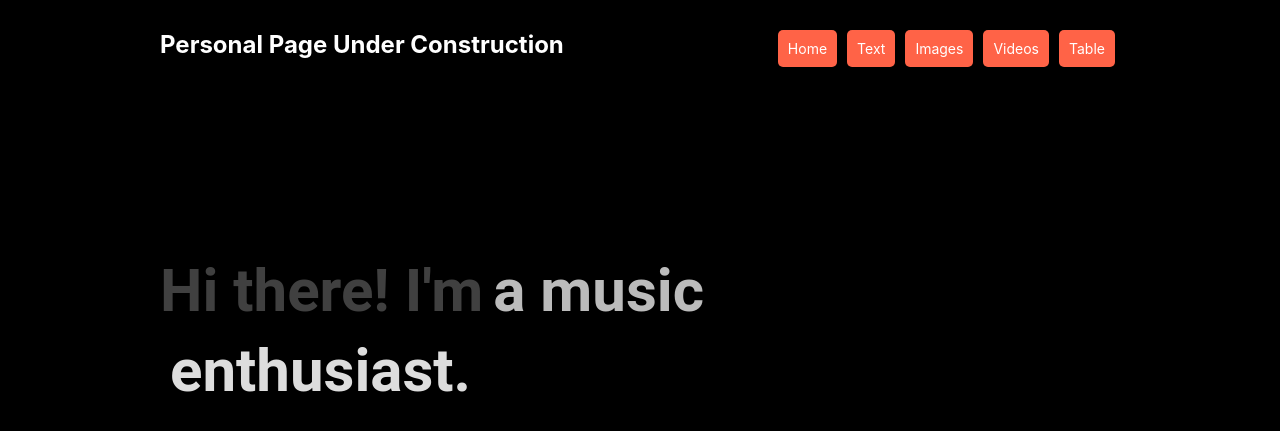
Repository: luhan68/personal_website
Page: index.html
These files come from the project's save history. The page is drawn as it stood at one moment and after the next save; the edit follows.
The browser window is 1280 px wide. The pictures show the whole page.

Above is the page before, as saved 2021-01-30 12:31:52.

### index.html
<div class="container">
    <link href='style.css' rel='stylesheet' type='text/css'>
    <div class="nav">
        <div class="nav-bar">
            <ul>
                <li><a href="index.html">Home</a></li>
                <li><a href="text.html">Text</a></li>
                <li><a href="image.html">Images</a></li>
                <li><a href="video.html">Videos</a></li>
                <li><a href="table.html">Table</a></li>
            </ul>

        </div>
    </div>

    <h2 class="title">Personal Page Under Construction</h2>

<!-- Here for the design idea, I referred to Paul's cool animation design on codepen and fixed a few display width bugs: https://codepen.io/paulvddool/pen/yYeeVE -->

    <div id="container">
        <div id="text">
            <h1 class="gray">Hi there! I'm</h1>
        </div>
        <div id="first">
            <ul>
                <li><h1 class="silver">Lu.</h1></li>
                <li><h1 class="lightgray">a music</h1></li>
                <li><h1 class="lightgray">a user -</h1></li>
            </ul>
        </div>
        <div id="second">
            <ul>
                <li><h1 class="lightergray">enthusiast.</h1></li>
                <li><h1 class="lightergray">composer.</h1></li>
                <li><h1 class="lightergray">panist.</h1></li>
                <li><h1 class="lightergray">DJ.</h1></li>
                <li><h1 class="lightergray">story lover.</h1></li>
                <li><h1 class="lightergray">designer.</h1></li>
            </ul>
        </div>
    </div>

</div>



<div id="fb-root"></div>
<script async defer crossorigin="anonymous" src="https://connect.facebook.net/en_US/sdk.js#xfbml=1&version=v6.0&appId=2126666884255373&autoLogAppEvents=1"></script>

### style.css
* {
    margin: 0;
    padding: 0;
}

body  {
    background-color: black;
    color: white;
    font-family: -apple-system, BlinkMacSystemFont, 'Segoe UI', Roboto, Oxygen, Ubuntu, Cantarell, 'Open Sans', 'Helvetica Neue', sans-serif;
}

.container {
    width: 75vw;
    margin: 0 auto;
    margin-top: 10px;

}

.nav {
    width: 100%;
}

.logo {
    float: left;
    width: 120px;
  margin: 0;
  padding: 0;
}

.nav-bar {
    float: right;
}

.nav-bar ul li {
    float: left;
    list-style-type: none;
    padding: 10px;
    margin: 0 5px;
    background-color: tomato;
    font-size: 14px;
    border-radius: 5px;

    transition: all 0.5s ease-out;
}

.nav-bar ul li:hover {
    background-color: wheat;
}

a {
    color: white;
    text-decoration: none;
}


.title {
text-align: left;
margin: 30px 0;
}

.myVideo {
text-align: center;
}

.myVideo iframe {
margin: 20px 20px;
}

.fb-like {
margin-bottom: 30px;
}

.footer {
width: 100%;
background-color: #333;
text-align: center;
padding: 20px 0;
margin-top: 50px;
}


input[type=text], select, textarea {
    width: 100%; /* Full width */
    padding: 12px; /* Some padding */
    border: 1px solid #ccc; /* Gray border */
    border-radius: 4px; /* Rounded borders */
    box-sizing: border-box; /* Make sure that padding and width stays in place */
    margin-top: 6px; /* Add a top margin */
    margin-bottom: 16px; /* Bottom margin */
    resize: vertical /* Allow the user to vertically resize the textarea (not horizontally) */
  }

  input[type=submit] {
    background-color: #a73012;
    color: white;
    padding: 12px 20px;
    border: none;
    border-radius: 4px;
    cursor: pointer;
  }

  input[type=submit]:hover {
    background-color: #d10c0c;
  }


  .myGallery {
    display: grid;
    grid-gap: 20px;
    grid-template-columns: repeat(auto-fit, minmax(175px, 1fr));
  }

  .myGallery img {
    width: 100%;
  }


table {
    font-family: Arial, Helvetica, sans-serif;
    border-collapse: collapse;
    width: 100%;
  }

table td, table th {
    border: 1px solid rgb(34, 33, 33);
    padding: 8px;
  }

table tr:nth-child(even){background-color: #110f0f;}

table tr:hover {background-color: rgb(46, 43, 43);}

table th {
    padding-top: 12px;
    padding-bottom: 12px;
    text-align: left;
    background-color: #350901;
    color: white;
  }


  p,
label {
    font: 1rem 'Fira Sans', sans-serif;
}

input {
    margin: .4rem;
}


/* I refer to Paul's cool animation design on codepen and fix a few display width bugs: https://codepen.io/paulvddool/pen/yYeeVE */

#container {
	display: block;
	margin: 20% auto;
	height: 80px;
	width: auto;
}
@media screen and (max-width: 1080px) {
	#container {
		box-sizing: border-box;
		-moz-box-sizing: border-box;
		padding: 0px;
		width: 100%;
	}
}
@keyframes animateOnce {
	0% { transform: translateY(80px); -webkit-transform: translateY(80px); -moz-transform: translateY(80px); }
	100% { transform: translateY(0px); -webkit-transform: translateY(0px); -moz-transform: translateY(0px); }
}
@-webkit-keyframes animateOnce {
	0% { transform: translateY(80px); -webkit-transform: translateY(80px); -moz-transform: translateY(80px); }
	100% { transform: translateY(0px); -webkit-transform: translateY(0px); -moz-transform: translateY(0px); }
}
#text {
	width: auto;
	height: 80px;
	float: left;
	overflow: hidden;
}
#text h1 {
	animation: animateOnce 0.2s;
	-webkit-animation: animateOnce 0.2s;
}
@keyframes animateFirst {
	0% { transform: translateY(80px); -webkit-transform: translateY(80px); -moz-transform:translateY(80px); }
	1% { transform: translateY(0px); -webkit-transform: translateY(0px); -moz-transform:translateY(0px); }
	14% { transform: translateY(0px); -webkit-transform: translateY(0px); -moz-transform:translateY(0px); }
	15% { transform: translateY(-80px); -webkit-transform: translateY(-80px); -moz-transform:translateY(-80px); }
	70% { transform: translateY(-80px); -webkit-transform: translateY(-80px); -moz-transform:translateY(-80px); }
	71% { transform: translateY(-160px); -webkit-transform: translateY(-160px); -moz-transform:translateY(-160px); }
	99% { transform: translateY(-160px); -webkit-transform: translateY(-160px); -moz-transform:translateY(-160px); }
	100% { transform: translateY(-240px); -webkit-transform: translateY(-240px); -moz-transform:translateY(-240px); }
}
@-webkit-keyframes animateFirst {
	0% { transform: translateY(80px); -webkit-transform: translateY(80px); -moz-transform:translateY(80px); }
	1% { transform: translateY(0px); -webkit-transform: translateY(0px); -moz-transform:translateY(0px); }
	14% { transform: translateY(0px); -webkit-transform: translateY(0px); -moz-transform:translateY(0px); }
	15% { transform: translateY(-80px); -webkit-transform: translateY(-80px); -moz-transform:translateY(-80px); }
	70% { transform: translateY(-80px); -webkit-transform: translateY(-80px); -moz-transform:translateY(-80px); }
	71% { transform: translateY(-160px); -webkit-transform: translateY(-160px); -moz-transform:translateY(-160px); }
	99% { transform: translateY(-160px); -webkit-transform: translateY(-160px); -moz-transform:translateY(-160px); }
	100% { transform: translateY(-240px); -webkit-transform: translateY(-240px); -moz-transform:translateY(-240px); }
}
@keyframes animateSecond {
	0% { transform: translateY(80px); -webkit-transform: translateY(80px); -moz-transform: translateY(80px); }
	14% { transform: translateY(80px); -webkit-transform: translateY(80px); -moz-transform: translateY(80px); }
	15% { transform: translateY(0px); -webkit-transform: translateY(0px); -moz-transform: translateY(0px); }
	29% { transform: translateY(0px); -webkit-transform: translateY(0px); -moz-transform: translateY(0px); }
	30% { transform: translateY(-80px); -webkit-transform: translateY(-80px); -moz-transform: translateY(-80px); }
	44% { transform: translateY(-80px); -webkit-transform: translateY(-80px); -moz-transform: translateY(-80px); }
	45% { transform: translateY(-160px); -webkit-transform: translateY(-160px); -moz-transform: translateY(-160px); }
	59% { transform: translateY(-160px); -webkit-transform: translateY(-160px); -moz-transform: translateY(-160px); }
	60% { transform: translateY(-240px); -webkit-transform: translateY(-240px); -moz-transform: translateY(-240px); }
	70% { transform: translateY(-240px); -webkit-transform: translateY(-240px); -moz-transform: translateY(-240px); }
	71% { transform: translateY(-320px); -webkit-transform: translateY(-320px); -moz-transform: translateY(-320px); }
	85% { transform: translateY(-320px); -webkit-transform: translateY(-320px); -moz-transform: translateY(-320px); }
	86% { transform: translateY(-400px); -webkit-transform: translateY(-400px); -moz-transform: translateY(-400px); }
	99% { transform: translateY(-400px); -webkit-transform: translateY(-400px); -moz-transform: translateY(-400px); }
	100% { transform: translateY(-480px); -webkit-transform: translateY(-480px); -moz-transform: translateY(-480px); }
}
@-webkit-keyframes animateSecond {
	0% { transform: translateY(80px); -webkit-transform: translateY(80px); -moz-transform: translateY(80px); }
	14% { transform: translateY(80px); -webkit-transform: translateY(80px); -moz-transform: translateY(80px); }
	15% { transform: translateY(0px); -webkit-transform: translateY(0px); -moz-transform: translateY(0px); }
	29% { transform: translateY(0px); -webkit-transform: translateY(0px); -moz-transform: translateY(0px); }
	30% { transform: translateY(-80px); -webkit-transform: translateY(-80px); -moz-transform: translateY(-80px); }
	44% { transform: translateY(-80px); -webkit-transform: translateY(-80px); -moz-transform: translateY(-80px); }
	45% { transform: translateY(-160px); -webkit-transform: translateY(-160px); -moz-transform: translateY(-160px); }
	59% { transform: translateY(-160px); -webkit-transform: translateY(-160px); -moz-transform: translateY(-160px); }
	60% { transform: translateY(-240px); -webkit-transform: translateY(-240px); -moz-transform: translateY(-240px); }
	70% { transform: translateY(-240px); -webkit-transform: translateY(-240px); -moz-transform: translateY(-240px); }
	71% { transform: translateY(-320px); -webkit-transform: translateY(-320px); -moz-transform: translateY(-320px); }
	85% { transform: translateY(-320px); -webkit-transform: translateY(-320px); -moz-transform: translateY(-320px); }
	86% { transform: translateY(-400px); -webkit-transform: translateY(-400px); -moz-transform: translateY(-400px); }
	99% { transform: translateY(-400px); -webkit-transform: translateY(-400px); -moz-transform: translateY(-400px); }
	100% { transform: translateY(-480px); -webkit-transfo	m: translateY(-480px); -moz-transform: translateY(-480px); }
}
#first {
	height: 80px;
	float: left;
	margin-left: 10px;
	overflow: hidden;
}
#first ul {
	width: 230px;
	list-style: none;
	margin: 0;
	padding: 0;
	animation: animateFirst 21s infinite;
	-webkit-animation: animateFirst 21s infinite;
}

#second {
	height: 80px;
	float: left;
	margin-left: 10px;
	overflow: hidden;
}
#second ul {
	width: 600px;
	list-style: none;
	margin: 0;
	padding: 0;
	animation: animateSecond 21s infinite;
	-webkit-animation: animateSecond 21s infinite;
}

h1 {
	font-family: 'Roboto', 'Helvetica Neue', Helvetica, Arial;
	font-size: 60px;
	font-weight: 700;
	line-height: 80px;
	margin: 0px;
}
.gray {
	color: #404040;
}
.silver {
	color: #909090;
}
.lightgray {
	color: #BBB;
}
.lightergray {
	color: #DDD;
}

After the next save:
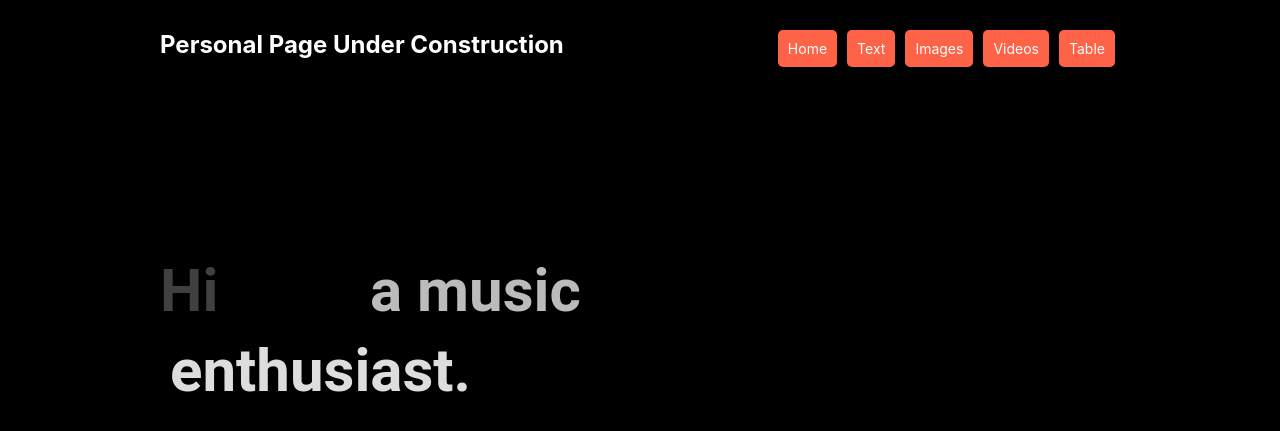
Saved 37 s later.
--- a/style.css
+++ b/style.css
@@ -174,7 +174,7 @@ input {
 	100% { transform: translateY(0px); -webkit-transform: translateY(0px); -moz-transform: translateY(0px); }
 }
 #text {
-	width: auto;
+	width: 200px;
 	height: 80px;
 	float: left;
 	overflow: hidden;
